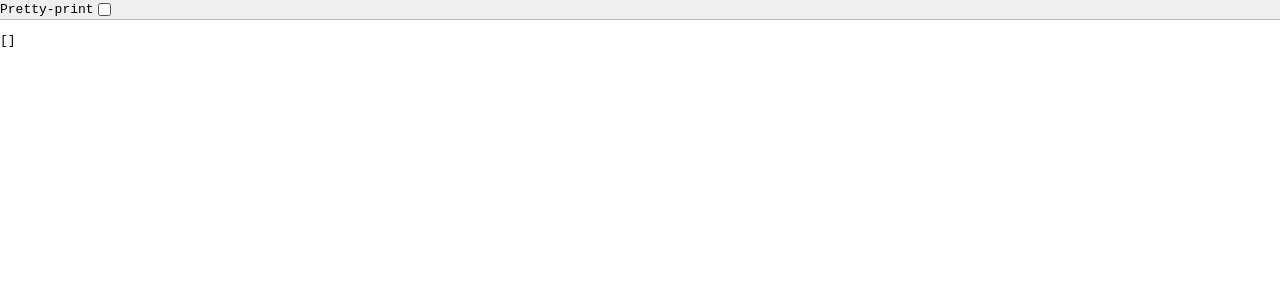
Repository: Michelhof1978/GarageBack
Page: http://localhost/API/vehicule.php
The author's editor kept a copy of each file at every save. The page is drawn from the files as they stood at one save, then again after a run of saves.
The browser window is 1280 px wide. The pictures show the whole page.
The page is run by PHP 8.4 with error messages shown; the project is at /var/www/html/. Queries for data that is not in the repository find no rows.

Above is the page before, as saved 2023-09-01 11:44:56.

### API/vehicule.php
<?php

class Model{

    private $dbh;

    public function __construct()
    {
        $dsn = 'mysql:host=localhost;dbname=garage;charset=utf8';
        $user = 'root';
        $password = '';

        try {
            // Connexion à la base de données
            $this->dbh = new PDO($dsn, $user, $password);
        } catch (PDOException $e) {
            die('Erreur de connexion : ' . $e->getMessage());
        }

    }

    public function getCarsByFilters($filters) {
        // Construct the SQL query based on filters
        $sql = "SELECT * FROM vehicule WHERE 1";

        if (isset($filters['famille'])) {
            $sql .= " AND famille = :famille";
        }

        if (isset($filters['marque'])) {
            $sql .= " AND marque = :marque";
        }

        if (isset($filters['kilometremin'])) {
            $sql .= " AND kilometrage >= :kilometremin";
        }

        if (isset($filters['kilometremax'])) {
            $sql .= " AND kilometrage <= :kilometremax";
        }

        if (isset($filters['anneemin'])) {
            $sql .= " AND annee >= :anneemin";
        }
        if (isset($filters['anneemax'])) {
            $sql .= " AND annee <= :anneemax";
        }

        if (isset($filters['prixmin'])) {
            $sql .= " AND prix >= :prixmin";
        }

        if (isset($filters['prixmax'])) {
            $sql .= " AND prix <= :prixmax";
        }
        // Prepare and execute the query
        $stmt = $this->dbh->prepare($sql);
        $stmt->execute($filters);

        // Fetch results
        $results = $stmt->fetchAll(PDO::FETCH_ASSOC);

        return $results;
    }
     }


// Création du controlleur du côté front qui va regrouper toutes nos routes
class Controller{
    //Crérera automatiquement une instance de classe APIManager et la stockera ds la propriété $apiManager. Cela sera utile pour gérer le JSON par la suite.
    private $apiManager;//propriété privée (accessible uniquement à l'intérieur de cette classe) qui va contenir une instance de la classe APIManager.

    public function __construct(){
        $this->apiManager = new Model();
    }

public function getCarsByFilters($filtres){
    $cars=$this->apiManager->getCarsByFilters($filtres);
    header('Content-Type: application/json');
        echo json_encode($cars);
}
}


$filters = array();
if (isset($_GET['famille'])) {
    $filters["famille"] = $_GET['famille'];
}

if (isset($_GET['marque'])) {
    $filters["marque"] = $_GET['marque'];
}

if (isset($_GET['kilometremin'])) {
    $filters['kilometremin'] = intval($_GET['kilometremin']);
}

if (isset($_GET['kilometremax'])) {
    $filters['kilometremax'] = intval($_GET['kilometremax']);
}

if (isset($_GET['anneemin'])) {
    $filters['anneemin']= intval($_GET['annemin']);
}

if (isset($_GET['anneemax'])) {
    $filters['anneemax'] = intval($_GET['anneemax']);
}

if (isset($_GET['prixmin'])) {
    $filters['prixmin'] = intval($_GET['prixmin']);
}

if (isset($_GET['prixmax'])) {
    $filters['prixmax'] = intval($_GET['prixmax']);
}

$controller = new Controller();

$controller->getCarsByFilters($filters);



?>

After the next 5 saves:
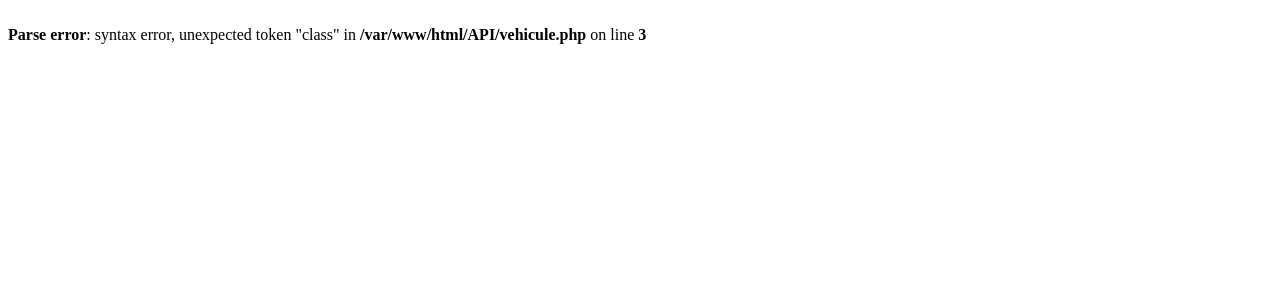
The 5 saves are shown as one change because they came seconds apart.
The last was saved 15 s later.
--- a/API/vehicule.php
+++ b/API/vehicule.php
@@ -1,5 +1,5 @@
 <?php
-
+  require_once
 class Model{
 
     private $dbh;
